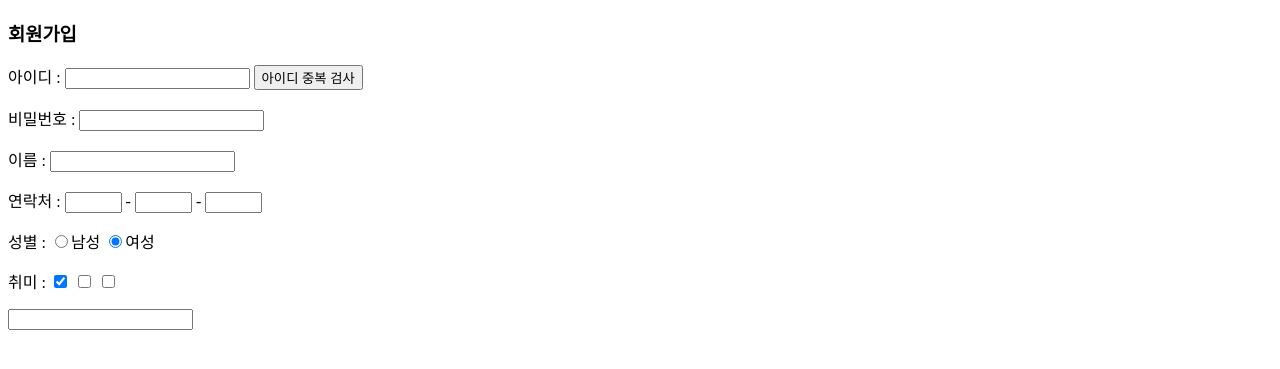
Repository: byeolchorong/ITedunet
Page: http://localhost/JSPBook/chapter06/form01.jsp
An editor plug-in stored every save of this project. The page is shown before and after the next save, followed by the edit.
The browser window is 1280 px wide. The pictures show the whole page.
The page is served by Tomcat 10. Nobody is signed in. The application's start-up code is not run.

Above is the page before, as saved 2025-05-26 05:36:45.

After the next save:
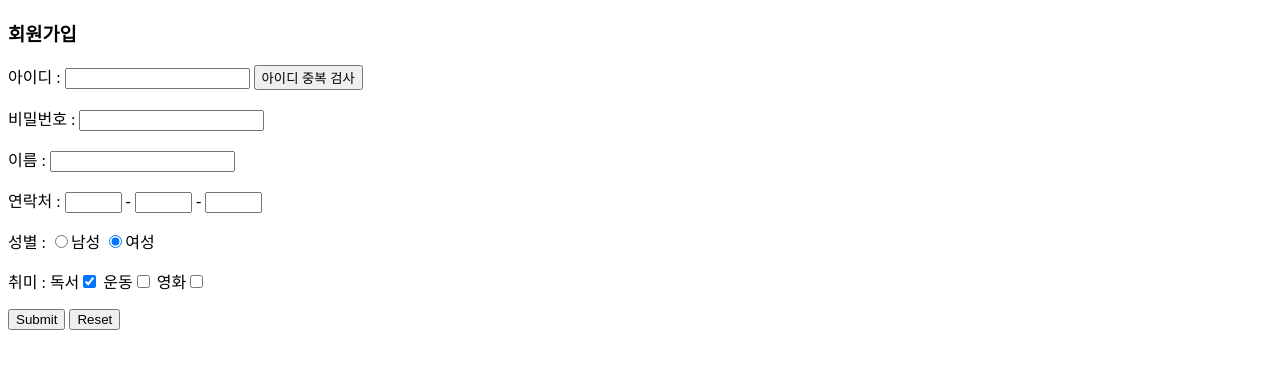
Saved 49 s later.
--- a/JSP/JSPBook/src/main/webapp/chapter06/form01.jsp
+++ b/JSP/JSPBook/src/main/webapp/chapter06/form01.jsp
@@ -17,10 +17,11 @@
 			<input type="text" maxlength="4" size="4" name="phone3">
 		<p> 성별 : <input type="radio" name="gender" value="남성" checked>남성
 				<input type="radio" name="gender" value="여성" checked>여성
-		<p> 취미 : <input type="checkbox" name="hobby1" checked>
-				<input type="checkbox" name="hobby2">
-				<input type="checkbox" name="hobby3">
-		<p>  <input type="" name="">
+		<p> 취미 : 독서<input type="checkbox" name="hobby1" checked>
+				운동<input type="checkbox" name="hobby2">
+				영화<input type="checkbox" name="hobby3">
+		<p> <input type="submit" name="가입하기">
+			<input type="reset" name="다시쓰기">
 	</form>
 </body>
 </html>
